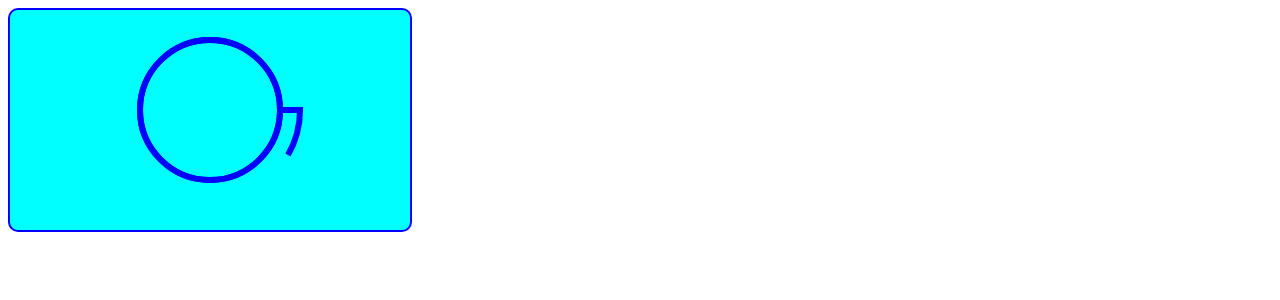
Repository: Tan-Khang21/TH_TKW--Buoi_05
Page: Bai_Tap_Ve_Nha/Bai_01/canvas10.html
These files come from the project's save history. The page is drawn as it stood at one moment and after the next save; the edit follows.
The browser window is 1280 px wide. The pictures show the whole page.

Above is the page before, as saved 2024-03-10 21:40:43.

### Bai_Tap_Ve_Nha/Bai_01/canvas10.html
<!DOCTYPE html>
<html lang="en">
  <head>
    <meta charset="UTF-8" />
    <meta name="viewport" content="width=device-width, initial-scale=1.0" />
    <title>Document</title>
  </head>
  <body>
    <canvas
      id="myCanvas"
      style="
        border: 2px solid blue;
        background-color: aqua;
        border-radius: 10px;
      "
      width="400px"
      height="220px"
    ></canvas>
    <script>
      var canvas = document.getElementById("myCanvas"),
        ctx = canvas.getContext("2d");
      ctx.beginPath();
      ctx.arc(200, 100, 70, 0, 2 * Math.PI);
      ctx.strokeStyle = "blue";
      ctx.lineWidth = 6;
      ctx.stroke();
      ctx.arc(200, 100, 90, 0, Math.PI / 6);
      ctx.strokeStyle = "blue";
      ctx.lineWidth = 6;
      ctx.stroke();
    </script>
  </body>
</html>

After the next save:
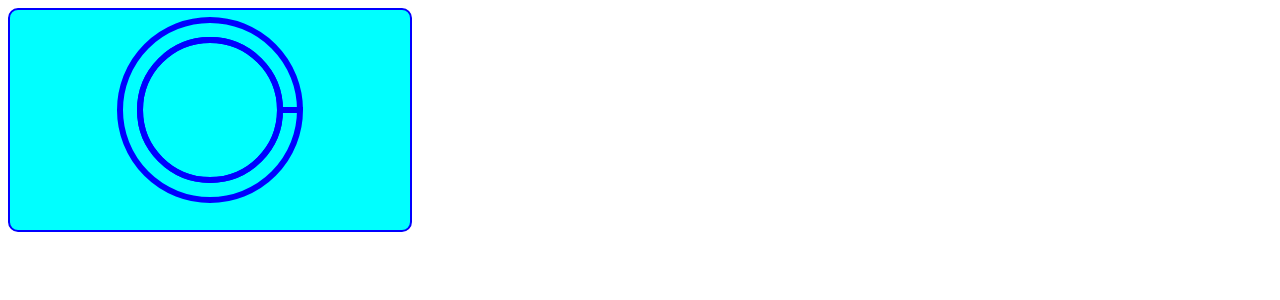
Saved 23 s later.
--- a/Bai_Tap_Ve_Nha/Bai_01/canvas10.html
+++ b/Bai_Tap_Ve_Nha/Bai_01/canvas10.html
@@ -24,7 +24,7 @@
       ctx.strokeStyle = "blue";
       ctx.lineWidth = 6;
       ctx.stroke();
-      ctx.arc(200, 100, 90, 0, Math.PI / 6);
+      ctx.arc(200, 100, 90, 0, 2 * Math.PI);
       ctx.strokeStyle = "blue";
       ctx.lineWidth = 6;
       ctx.stroke();
